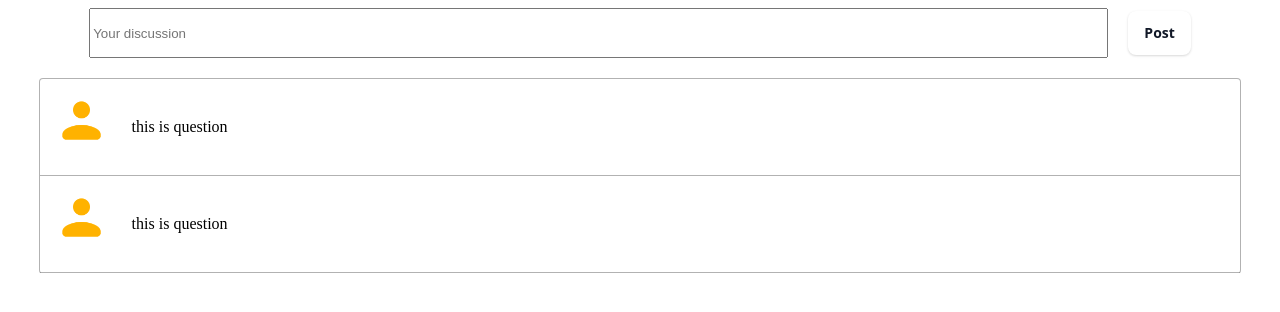
Repository: AOY311/DuckEdu
Page: test2.html
The author's editor kept a copy of each file at every save. The page is drawn from the files as they stood at one save, then again after the next save.
The browser window is 1280 px wide. The pictures show the whole page.

Above is the page before, as saved 2021-10-31 17:30:18.

### test2.html
<!DOCTYPE html>
<html lang="en">

<head>
    <meta charset="UTF-8">
    <meta http-equiv="X-UA-Compatible" content="IE=edge">
    <meta name="viewport" content="width=device-width, initial-scale=1.0">
    <script src="https://ajax.googleapis.com/ajax/libs/jquery/3.5.1/jquery.min.js"></script>
    <title>Document</title>
    <style>
        .header {
            position: sticky;
            top: 0;
            width: 100%;
        }

        .header .container {
            display: flex;
            flex-direction: row;
            justify-content: center;
            align-items: center;
            width: 100%;
        }

        .container__input {
            height: 44px;
            width: 80%;
            margin-right: 20px;
        }
        /* CSS */

        .button-38 {
            background-color: #FFFFFF;
            border: 0;
            border-radius: .5rem;
            box-sizing: border-box;
            color: #111827;
            font-family: "Inter var", ui-sans-serif, system-ui, -apple-system, system-ui, "Segoe UI", Roboto, "Helvetica Neue", Arial, "Noto Sans", sans-serif, "Apple Color Emoji", "Segoe UI Emoji", "Segoe UI Symbol", "Noto Color Emoji";
            font-size: .875rem;
            font-weight: 600;
            line-height: 1.25rem;
            padding: .75rem 1rem;
            text-align: center;
            text-decoration: none #D1D5DB solid;
            text-decoration-thickness: auto;
            box-shadow: 0 1px 3px 0 rgba(0, 0, 0, 0.1), 0 1px 2px 0 rgba(0, 0, 0, 0.06);
            cursor: pointer;
            user-select: none;
            -webkit-user-select: none;
            touch-action: manipulation;
        }

        .button-38:hover {
            background-color: rgb(249, 250, 251);
        }

        .button-38:focus {
            outline: 2px solid transparent;
            outline-offset: 2px;
        }

        .button-38:focus-visible {
            box-shadow: none;
        }

        .accordion {
            /* Border */
            transform: translateY(20px);
            border: 1px solid rgba(0, 0, 0, 0.3);
            border-bottom-color: transparent;
            border-radius: 4px;
            max-width: 95%;
            margin: 0 auto;
        }

        .accordion__item {
            border-bottom: 1px solid rgba(0, 0, 0, 0.3);
        }

        .accordion__header {
            /* Center the content horizontally */
            align-items: center;
            display: flex;
            cursor: pointer;
            padding: 16px;
        }

        .accordion__toggle {
            margin-right: 12px;
        }

        .accordion__title {
            /* Take remaining width */
            flex: 1;
        }

        .accordion__content {
            /* For not selected item */
            display: none;
            border-top: 1px solid rgba(0, 0, 0, 0.3);
            padding: 16px;
        }

        .accordion__content--selected {
            /* For selected item */
            display: block;
        }

        .accordion__content--selected>div.accordion__header {
            padding: 0;
            margin-left: 5%;
        }

        .avatar {
            /* Rounded border */
            border-radius: 50%;
            height: 64px;
            width: 64px;
        }

        .avatar__image {
            /* Rounded border */
            border-radius: 50%;
            /* Take full size */
            height: 80%;
            width: 80%;
        }
    </style>
</head>

<body>
    <div>
        <header class="header">
            <div class="container">
                <!-- Text input -->
                <input type="text" class="container__input" placeholder="Your discussion" />
                <!-- Search icon sticks to the left or right -->
                <button class="button-38" role="button">Post</button>
            </div>
        </header>
        <main>
            <div class="accordion">
                <!-- Each accordion item -->
                <div class="accordion__item">
                    <!-- Heading -->
                    <div class="accordion__header" onclick="showComment(this)">
                        <!-- The toggle icon -->
                        <div class="accordion__toggle">
                            <div class="avatar">
                                <!-- Avatar image -->
                                <img class="avatar__image" src="img/avt.png" />
                            </div>
                        </div>

                        <!-- The title -->
                        <div class="accordion__title">
                            this is question
                        </div>
                    </div>

                    <!-- The content -->
                    <div class="accordion__content">
                        <div class="accordion__header">
                            <!-- The toggle icon -->
                            <div class="accordion__toggle">
                                <div class="avatar">
                                    <!-- Avatar image -->
                                    <img class="avatar__image" src="img/avt.png" />
                                </div>
                            </div>

                            <!-- The title -->
                            <div class="accordion__title">
                                this is anwser
                            </div>
                        </div>
                    </div>
                    <div class="accordion__content">
                        <div class="accordion__header">
                            <!-- The toggle icon -->
                            <div class="accordion__toggle">
                                <div class="avatar">
                                    <!-- Avatar image -->
                                    <img class="avatar__image" src="img/avt.png" />
                                </div>
                            </div>

                            <!-- The title -->
                            <div class="accordion__title">
                                Lorem ipsum dolor sit amet consectetur adipisicing elit. Ipsum consectetur veritatis et dolorem. Dolore tempora accusantium aut inventore, excepturi molestias corporis commodi odit omnis iure numquam et corrupti rerum dignissimos.
                            </div>
                        </div>
                    </div>
                </div>
                <div class="accordion__item">
                    <!-- Heading -->
                    <div class="accordion__header" onclick="showComment(this)">
                        <!-- The toggle icon -->
                        <div class="accordion__toggle">
                            <div class="avatar">
                                <!-- Avatar image -->
                                <img class="avatar__image" src="img/avt.png" />
                            </div>
                        </div>

                        <!-- The title -->
                        <div class="accordion__title">
                            this is question
                        </div>
                    </div>

                    <!-- The content -->
                    <div class="accordion__content">
                        <div class="accordion__header">
                            <!-- The toggle icon -->
                            <div class="accordion__toggle">
                                <div class="avatar">
                                    <!-- Avatar image -->
                                    <img class="avatar__image" src="img/avt.png" />
                                </div>
                            </div>

                            <!-- The title -->
                            <div class="accordion__title">
                                this is anwser
                            </div>
                        </div>
                    </div>
                    <div class="accordion__content">
                        <div class="accordion__header">
                            <!-- The toggle icon -->
                            <div class="accordion__toggle">
                                <div class="avatar">
                                    <!-- Avatar image -->
                                    <img class="avatar__image" src="img/avt.png" />
                                </div>
                            </div>

                            <!-- The title -->
                            <div class="accordion__title">
                                Lorem ipsum dolor sit amet consectetur adipisicing elit. Ipsum consectetur veritatis et dolorem. Dolore tempora accusantium aut inventore, excepturi molestias corporis commodi odit omnis iure numquam et corrupti rerum dignissimos.
                            </div>
                        </div>
                    </div>
                </div>
            </div>
        </main>
    </div>
</body>
<script>
    function showComment(obj) {
        if ($(obj).nextAll().attr("class") === "accordion__content") {
            $(obj).nextAll().attr("class", "accordion__content--selected");
        } else {
            $(obj).nextAll().attr("class", "accordion__content");
        }
    }
</script>

</html>

After the next save:
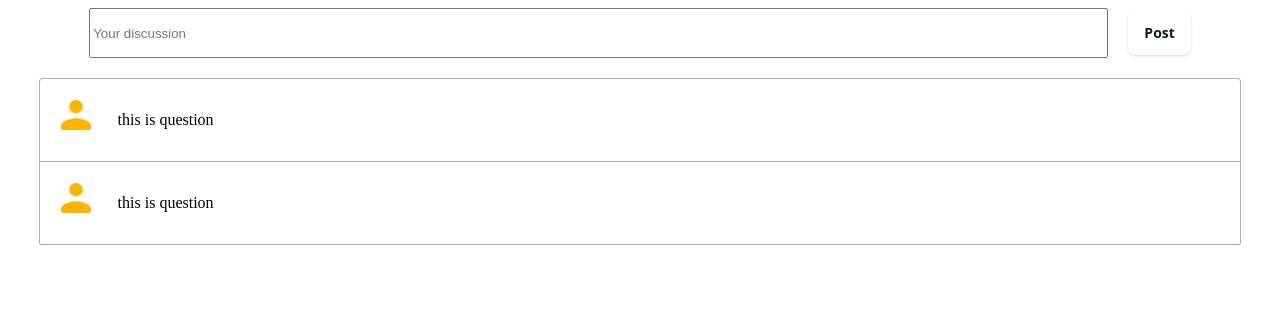
Saved 2 min 35 s later.
--- a/test2.html
+++ b/test2.html
@@ -114,8 +114,8 @@
         .avatar {
             /* Rounded border */
             border-radius: 50%;
-            height: 64px;
-            width: 64px;
+            height: 50px;
+            width: 50px;
         }
 
         .avatar__image {
